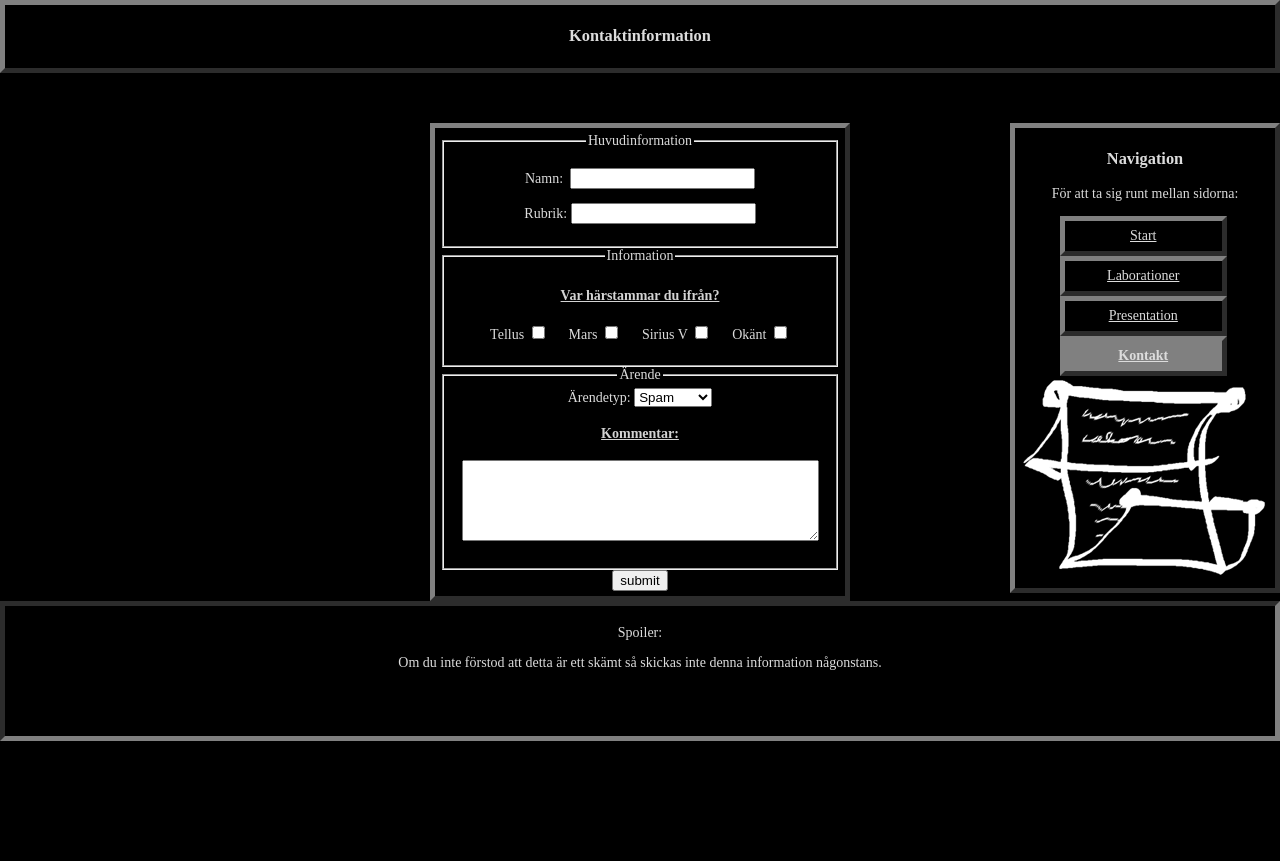
Repository: cg222im/1IK415_cg222im
Page: pages/kontakt.html
The author's editor kept a record of every edit. The page is drawn from the files as they stood at one moment, then again after the next edit.
The browser window is 1280 px wide. The pictures show the whole page.

Above is the page before.

After the next edit:
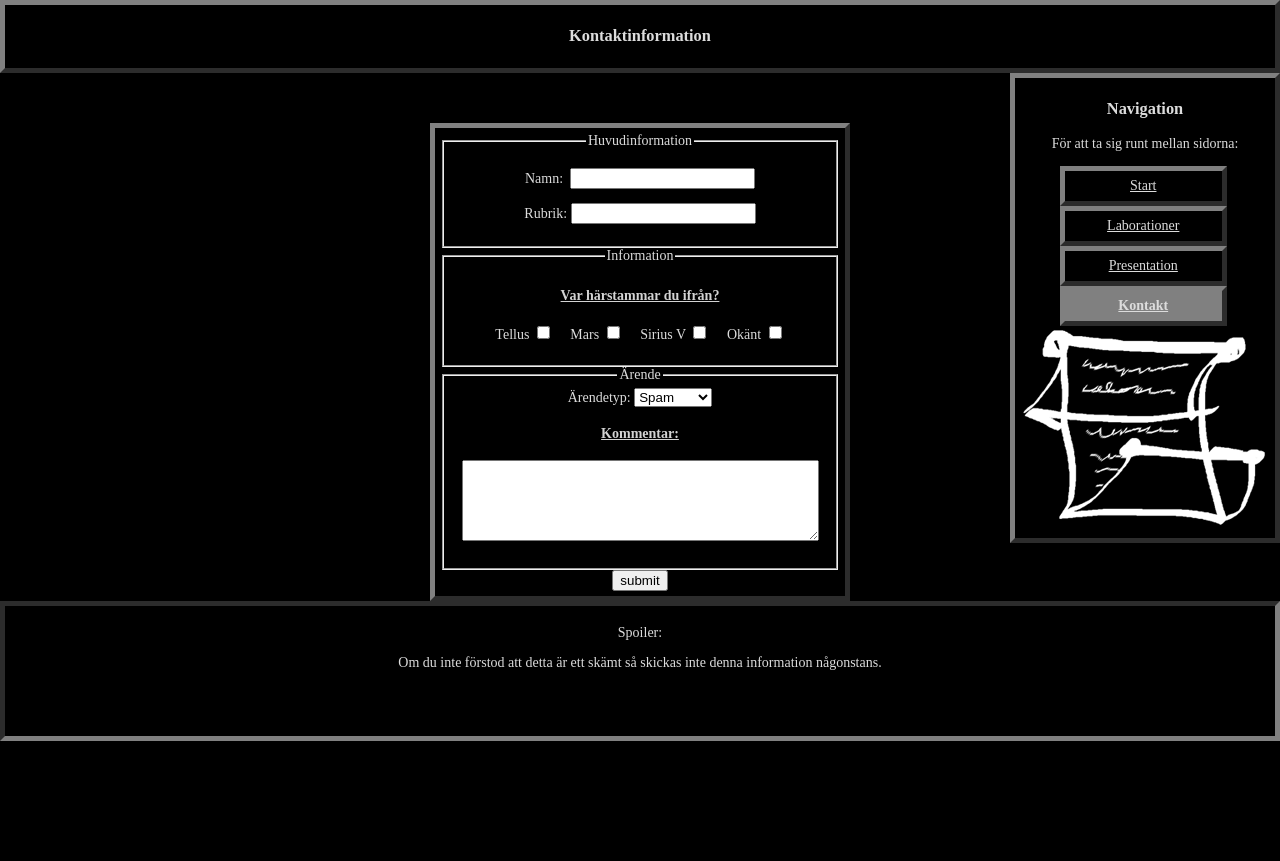
The edit:
--- a/pages/kontakt.html
+++ b/pages/kontakt.html
@@ -1,78 +1,101 @@
 <!doctype html>
 <html lang="sv">
-    <head>
-        <meta charset="UTF-8" />
-        <title>kontakt</title>
-        <link rel="stylesheet" media="screen" href="../css/style.css" />
-        <link rel="stylesheet" media="print" href="../css/print.css" />
-    </head>
 
-    <body>
+<head>
+    <meta charset="UTF-8" />
+    <title>kontakt</title>
+    <link rel="stylesheet" media="screen" href="../css/style.css" />
+    <link rel="stylesheet" media="print" href="../css/print.css" />
+</head>
+
+<body>
     <!-- Sätta bakgrundsfärg = svart på body? -->
     <div id="wrapper">
-    <div class="doprint">
-        <div id="header">
-            <h3>Kontaktinformation</h3>
-        </div>
+        <div class="doprint">
+            <div id="header">
+                <h3>Kontaktinformation</h3>
+            </div>
 
-        <div class="donotprint">
-        <div id="nav">
-            <h3>Navigation</h3>
-            <p>För att ta sig runt mellan sidorna:</p>
-            <ul class="navmenu">
-                <li><a href="../index.html">Start</a></li>
-                <li><a href="laborationer.html">Laborationer</a></li>
-                <li><a href="presentation.html">Presentation</a></li>
-                <li><a href="kontakt.html" id="active">Kontakt</a></li>
-            </ul>
-            <div id="logo"></div>
-        </div>
+            <div class="donotprint">
+                <div id="nav">
+                    <h3>Navigation</h3>
+                    <p>För att ta sig runt mellan sidorna:</p>
+                    <ul class="navmenu">
+                        <li><a href="../index.html">Start</a>
+                        </li>
+                        <li><a href="laborationer.html">Laborationer</a>
+                        </li>
+                        <li><a href="presentation.html">Presentation</a>
+                        </li>
+                        <li><a href="kontakt.html" id="active">Kontakt</a>
+                        </li>
+                    </ul>
+                    <div id="logo"></div>
+                </div>
+            </div>
 
-        <div id="form">
-            <form id="contact-form" action="http://voyager.lnu.se/tekinet/kurser/dtt/wp_webbintro/form.php" method="post">
-                <input type="hidden"/>
+            <div id="form">
+                <form id="contact-form" action="http://voyager.lnu.se/tekinet/kurser/dtt/wp_webbintro/form.php" method="post">
+                    <input type="hidden" />
 
-                <fieldset>
-                    <legend>Huvudinformation</legend>
-                        <p><label for="namn">Namn:&nbsp</label> <input type="text" name="namn" id="namn" value="" /></p>
-                        <p><label for="rubrik">Rubrik:</label> <input type="text" name="rubrik" id="rubrik" value="" /></p>
-                </fieldset>
+                    <fieldset>
+                        <legend>Huvudinformation</legend>
+                        <p>
+                            <label for="namn">Namn:&nbsp</label>
+                            <input type="text" name="namn" id="namn" value="" />
+                        </p>
+                        <p>
+                            <label for="rubrik">Rubrik:</label>
+                            <input type="text" name="rubrik" id="rubrik" value="" />
+                        </p>
+                    </fieldset>
 
-                <fieldset>
-                    <legend>Information</legend>
+                    <fieldset>
+                        <legend>Information</legend>
                         <h4>Var härstammar du ifrån?</h4>
-                            <p>
-                                <label for="earth">Tellus</label> <input type="checkbox" name="earth" id="earth" value="earth"> &nbsp&nbsp&nbsp&nbsp
-                                <label for="mars">Mars</label> <input type="checkbox" name="mars" id="mars" value="mars"> &nbsp&nbsp&nbsp&nbsp
-                                <label for="sirius">Sirius V</label> <input type="checkbox" name="sirius" id="sirius" value="sirius"> &nbsp&nbsp&nbsp&nbsp
-                                <label for="unknown">Okänt</label> <input type="checkbox" name="unknown" id="unknown" value="unknown">
-                            </p>
-                </fieldset>
+                        <p>
+                            <label for="earth">Tellus</label>
+                            <input type="checkbox" name="earth" id="earth" value="earth">&nbsp&nbsp&nbsp&nbsp
+                            <label for="mars">Mars</label>
+                            <input type="checkbox" name="mars" id="mars" value="mars">&nbsp&nbsp&nbsp&nbsp
+                            <label for="sirius">Sirius V</label>
+                            <input type="checkbox" name="sirius" id="sirius" value="sirius">&nbsp&nbsp&nbsp&nbsp
+                            <label for="unknown">Okänt</label>
+                            <input type="checkbox" name="unknown" id="unknown" value="unknown">
+                        </p>
+                    </fieldset>
 
-                <fieldset>
-                    <legend>Ärende</legend>
+                    <fieldset>
+                        <legend>Ärende</legend>
                         <label for="typ">Ärendetyp:</label>
-                            <select name="typ" id="typ">
-                                <option value="question">Fråga</option>
-                                <option value="complaint">Klagomål</option>
-                                <option value="spam" selected>Spam</option>
-                                <option value="love">Kärlek</option>
-                            </select>
-                        <p><label for="comments"><h4>Kommentar:</h4></label></p> <p><textarea name="comments" id="comments" cols="42" rows="5"></textarea></p>
-                </fieldset>
+                        <select name="typ" id="typ">
+                            <option value="question">Fråga</option>
+                            <option value="complaint">Klagomål</option>
+                            <option value="spam" selected>Spam</option>
+                            <option value="love">Kärlek</option>
+                        </select>
+                        <p>
+                            <label for="comments">
+                                <h4>Kommentar:</h4>
+                            </label>
+                        </p>
+                        <p>
+                            <textarea name="comments" id="comments" cols="42" rows="5"></textarea>
+                        </p>
+                    </fieldset>
 
-                <input type="submit" value="submit" />
+                    <input type="submit" value="submit" />
 
-            </form>
-        </div>
+                </form>
+            </div>
 
-    <div id="footer">
-        <p>Spoiler:</p>
-        <p>Om du inte förstod att detta är ett skämt så skickas inte denna information någonstans.</p>
-    </div>
+            <div id="footer">
+                <p>Spoiler:</p>
+                <p>Om du inte förstod att detta är ett skämt så skickas inte denna information någonstans.</p>
+            </div>
+
 
     </div>
-    </div>
-    </body>
+</body>
 
 </html>
